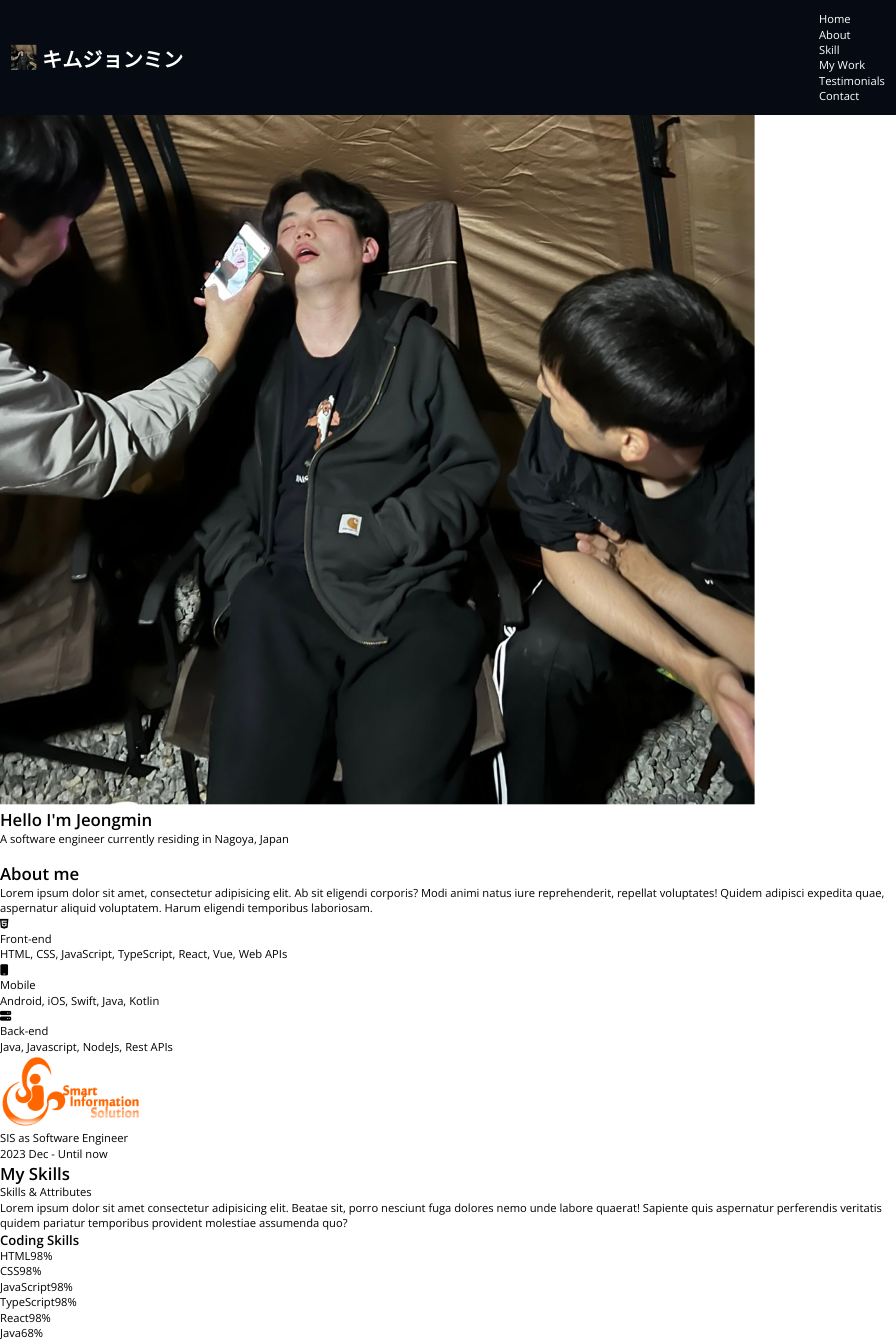
Repository: N1C0N1C0/Portfolio
Page: index.html
These files come from the project's save history. The page is drawn as it stood at one moment and after the next save; the edit follows.
The browser window is 1280 px wide. The pictures show the part of the page from y = 0 to 1920 px (the page is 5865 px tall), at 70% of full size.
Some web libraries are served in a nearby version.

Above is the page before, as saved 2023-12-16 18:25:25.

After the next save:
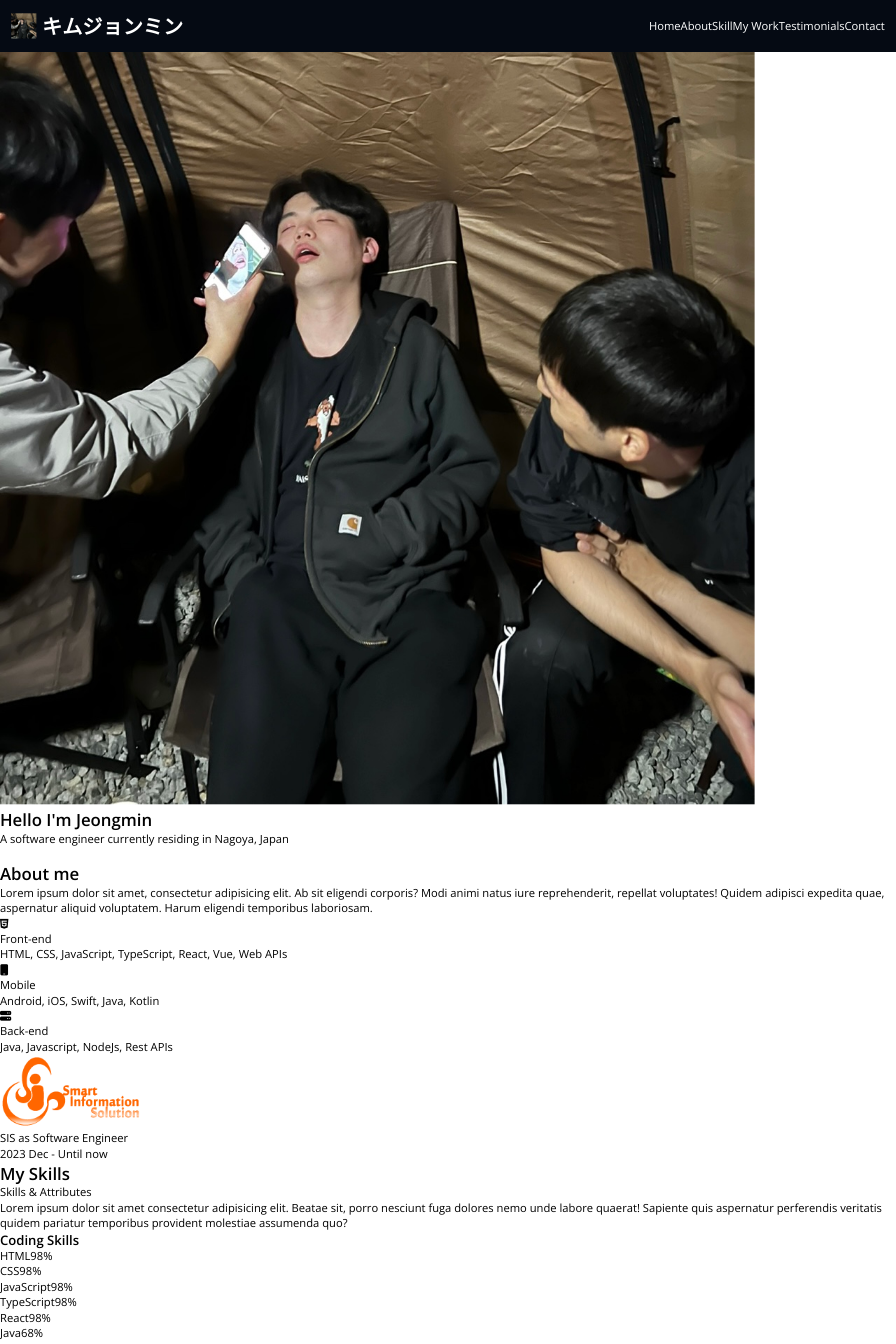
Saved 32 s later.
--- a/css/style.css
+++ b/css/style.css
@@ -74,3 +74,7 @@ button:focus {
 .header__logo__title {
     font-size: 1.8rem;
 }
+
+.header__menu {
+    display: flex;
+}
